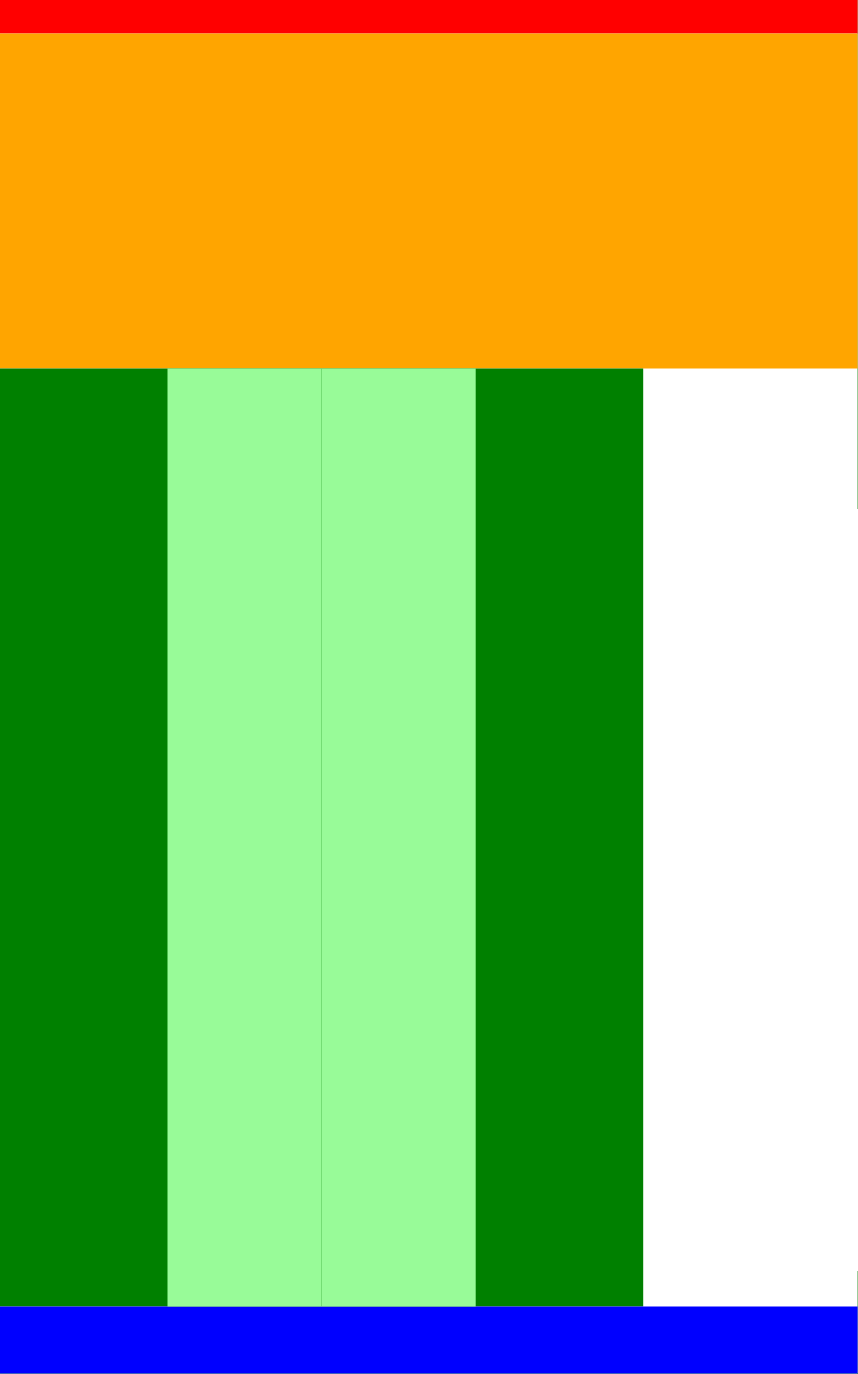
Repository: kawasemi70/1-3
Page: 1-4/1-4.html
The author's editor kept a record of every edit. The page is drawn from the files as they stood at one moment, then again after the next edit.
The browser window is 1280 px wide. The pictures show the whole page, at 67% of full size.

Above is the page before.

After the next edit:
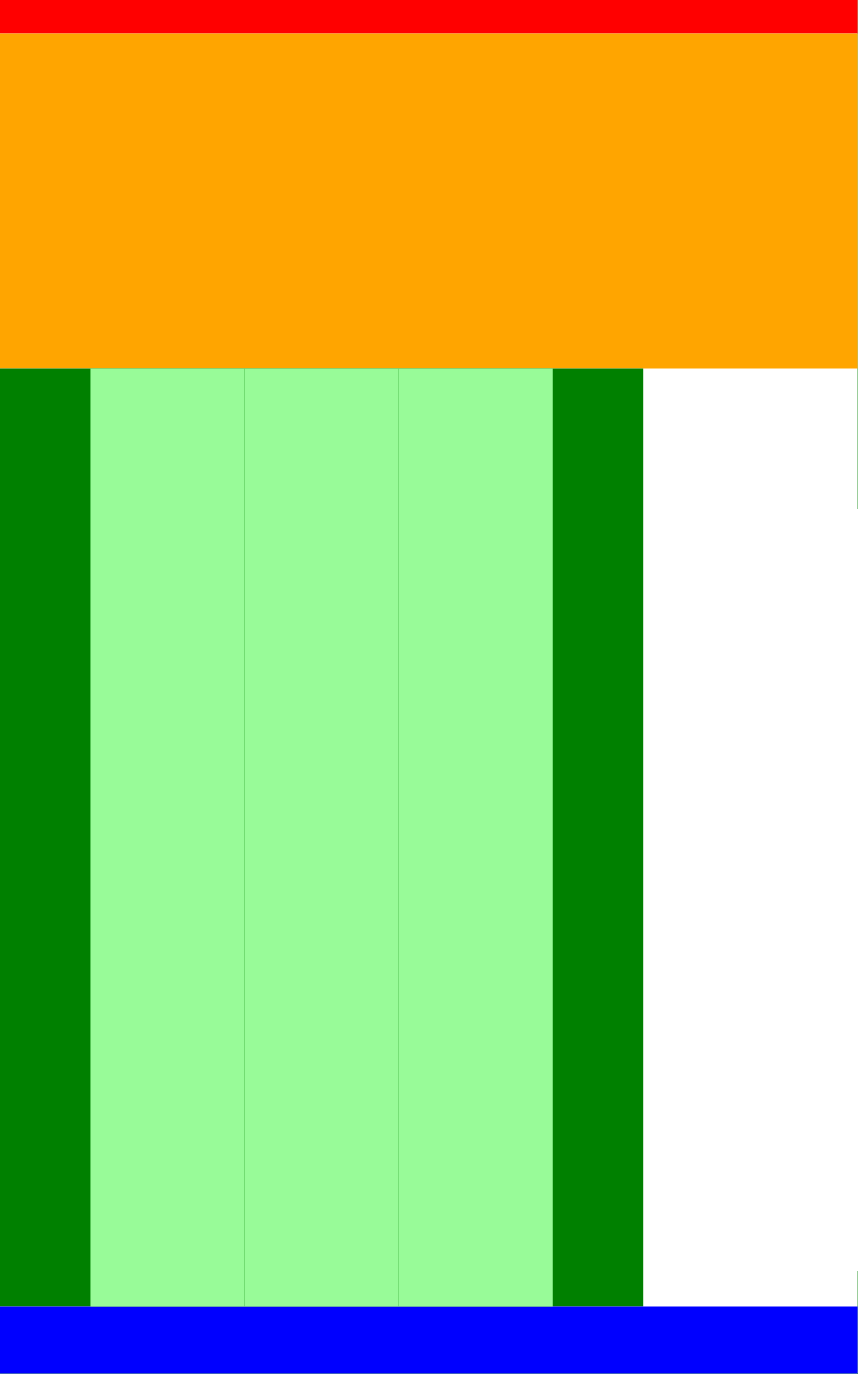
The edit:
--- a/1-4/1-4.css
+++ b/1-4/1-4.css
@@ -34,7 +34,7 @@
   height: 1400px;
   background-color:palegreen;
 }
-.sidebar {
+.sidebar-left {
   width:230px;
   height: 1400px;
   background-color:palegreen;
